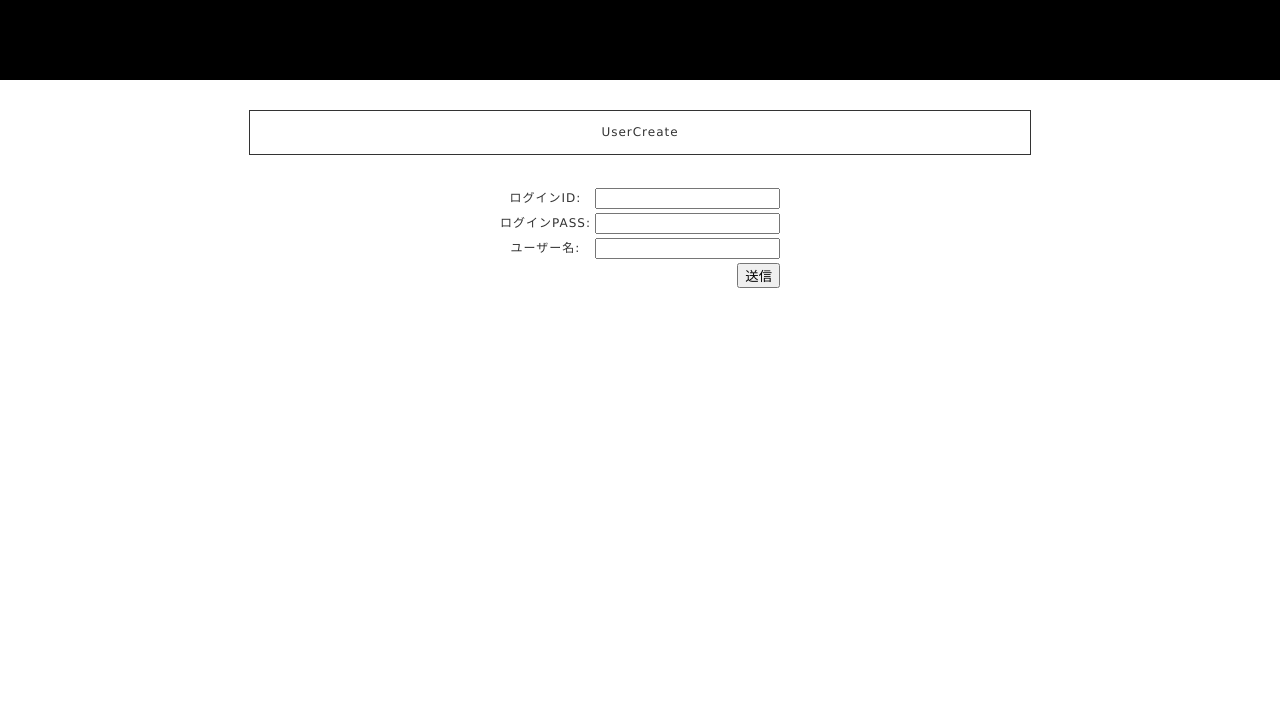
Repository: teru1236/test
Page: http://localhost/template/userCreate.jsp
An editor plug-in stored every save of this project. The page is shown before and after the next save, followed by the edit.
The browser window is 1280 px wide. The pictures show the whole page.
The page is served by Tomcat 9.

Above is the page before, as saved 2018-03-07 05:46:10.

After the next save:
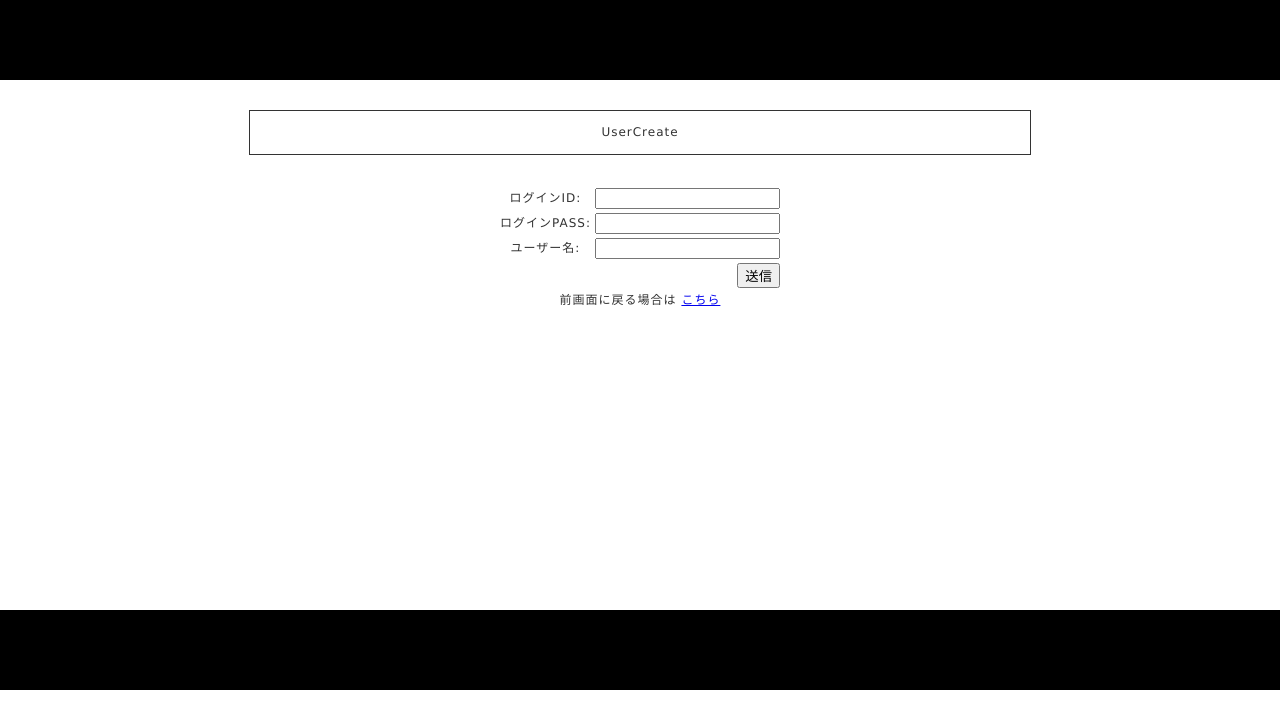
Saved 115 s later.
--- a/template/WebContent/userCreate.jsp
+++ b/template/WebContent/userCreate.jsp
@@ -84,6 +84,15 @@ clear:both;
 				<s:submit value="送信"/>
 				</s:form>
 			</table>
+			<div>
+				<span>前画面に戻る場合は</span>
+				<a href='<s:url action="HomeAction"/>'>こちら</a>
+			</div>
+		</div>
+	</div>
+
+	<div id="footer">
+		<div id="pr">
 		</div>
 	</div>
 </body>
